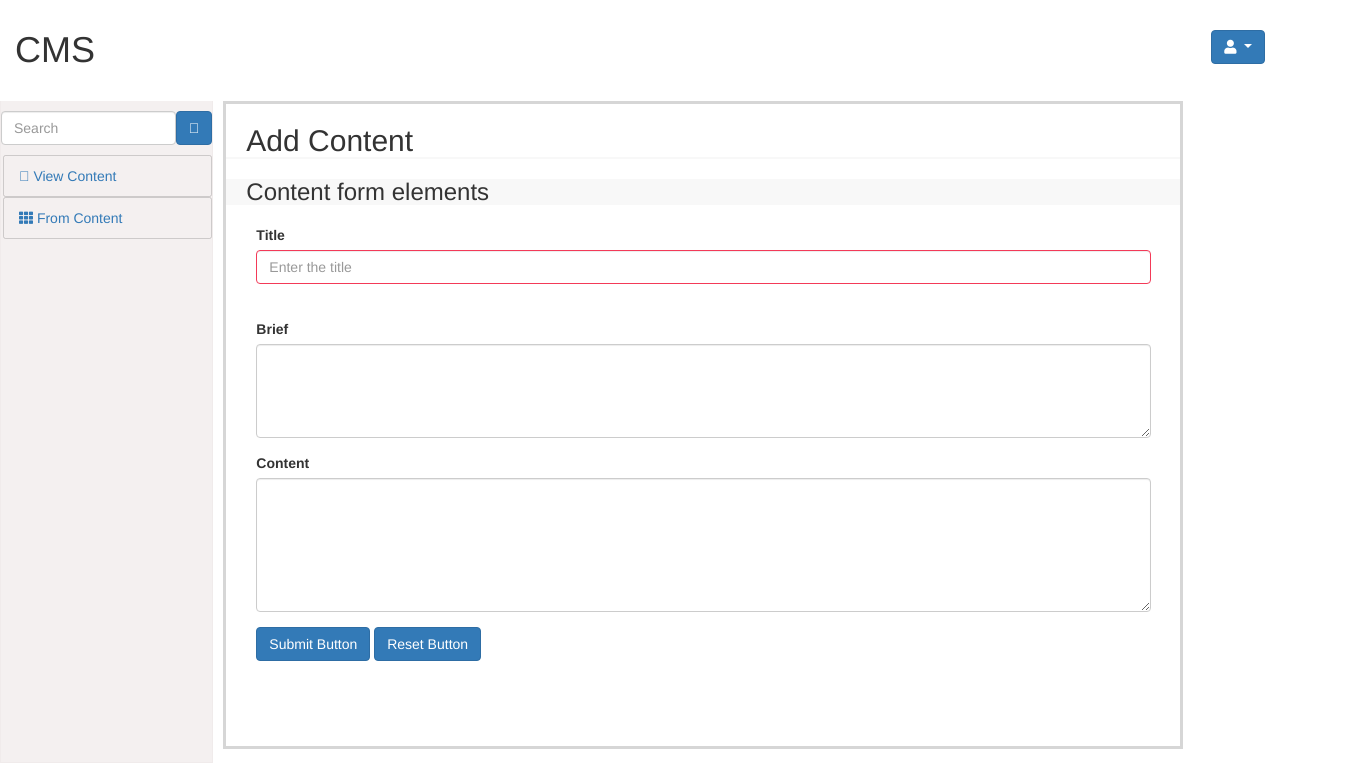
Repository: NgocNB20/travel
Page: NgocNb20_assigment8_9/add.html
The author's editor kept a copy of each file at every save. The page is drawn from the files as they stood at one save, then again after the next save.
The browser window is 1280 px wide. The page is 1366 px wide, so the pictures cover 1366 px, including what lies to the right of the window. The pictures show the whole page.
Some web libraries are served in a nearby version.

Above is the page before, as saved 2021-10-06 15:52:53.

After the next save:
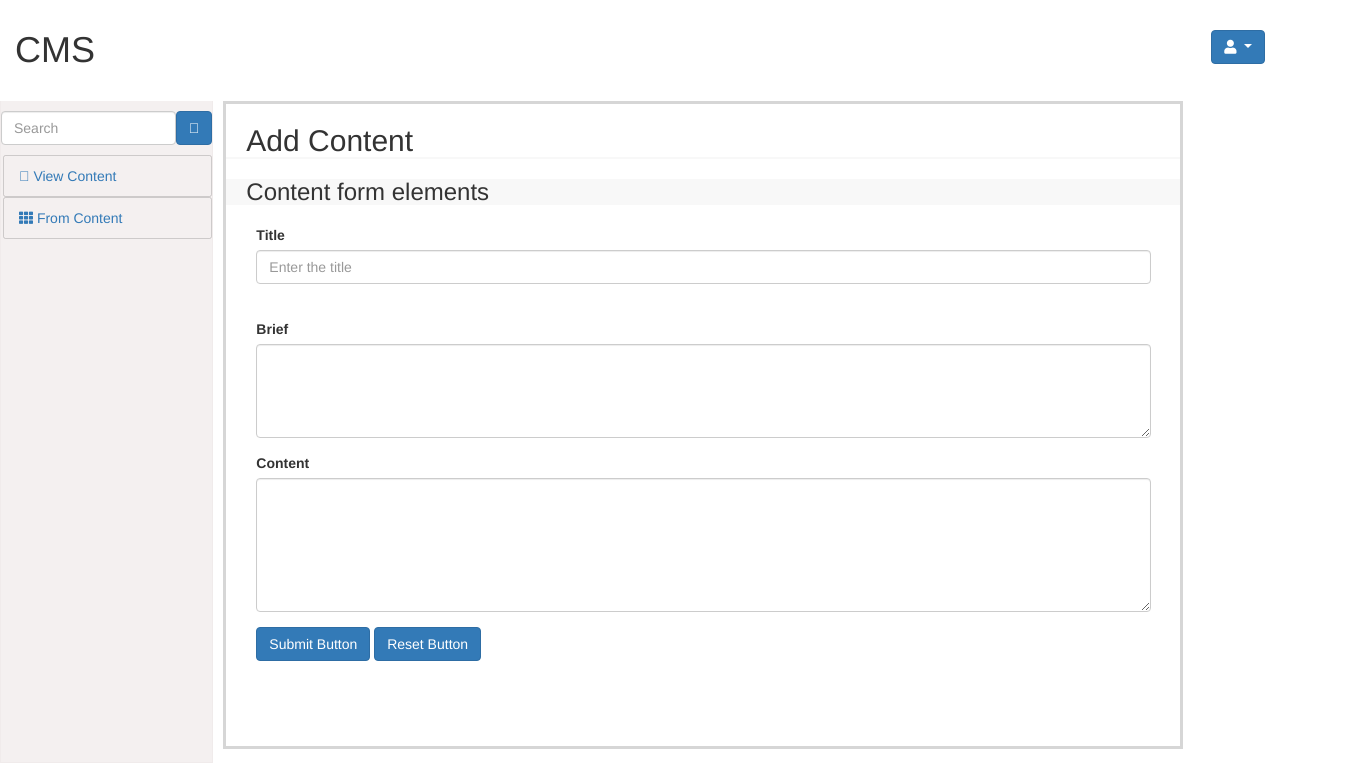
Saved 15 s later.
--- a/NgocNb20_assigment8_9/add.html
+++ b/NgocNb20_assigment8_9/add.html
@@ -79,7 +79,7 @@
                 <form id="form_input">
                   <div class="form-group ">
                     <label for="exampleFormControlInput1" class="form-desc">Title</label>
-                    <input type="text" class="form-control invalid" id="exampleFormControlInput1"
+                    <input type="text" class="form-control " id="exampleFormControlInput1"
                       placeholder="Enter the title">
                       <span class="form-message"></span>
                   </div>
